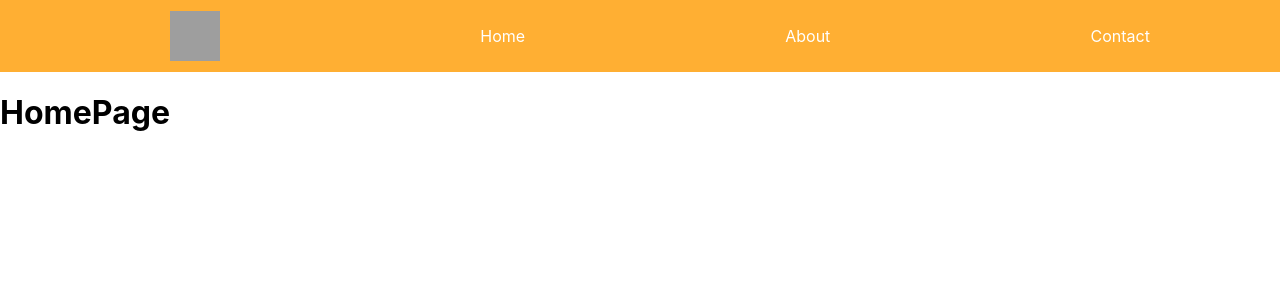
Repository: Toydrum/React-HectorCoronado
Page: /
These files come from the project's save history. The page is drawn as it stood at one moment and after the next save; the edit follows.
The browser window is 1280 px wide. The pictures show the whole page.
Pictures or frames that could not be fetched are drawn as grey boxes. The page's requests for data from a server got no answer. The project was rebuilt for these pictures with package versions that can differ from the ones it lists, and the page was loaded fresh each time. No one was signed in, and anything a server would have sent is missing. Also part of the build but not shown: src/components/CardUser/CardUser.jsx, src/pages/ContactPage/ContactPage.jsx, src/pages/AboutPage/AboutPage.jsx, src/pages/DetailPage/DetailPage.jsx.

Above is the page before, as saved 2023-06-17 07:45:48.

After the next save:
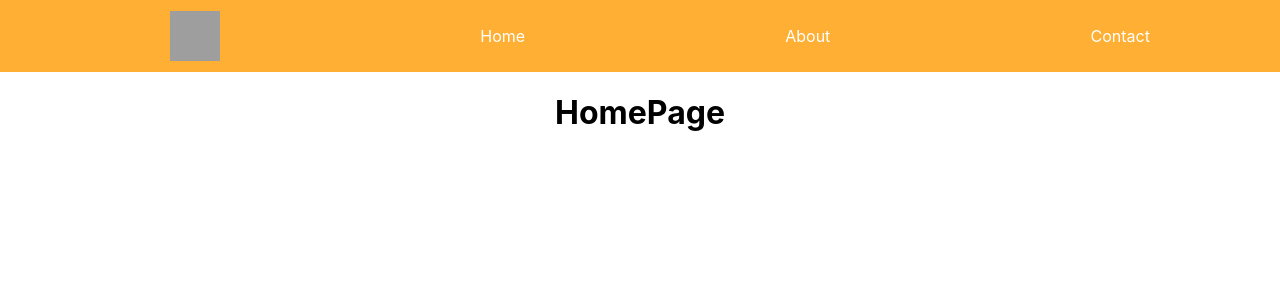
Saved 35 s later.
--- a/src/pages/HomePage/HomePage.jsx
+++ b/src/pages/HomePage/HomePage.jsx
@@ -4,7 +4,7 @@ import CardList from "../../components/CardList/CardList";
 const HomePage = () => {
   return (
     <div>
-      <h1>HomePage</h1>
+      <h1 style={{ display: "flex", justifyContent: "center" }}>HomePage</h1>
       <CardList />
     </div>
   );
